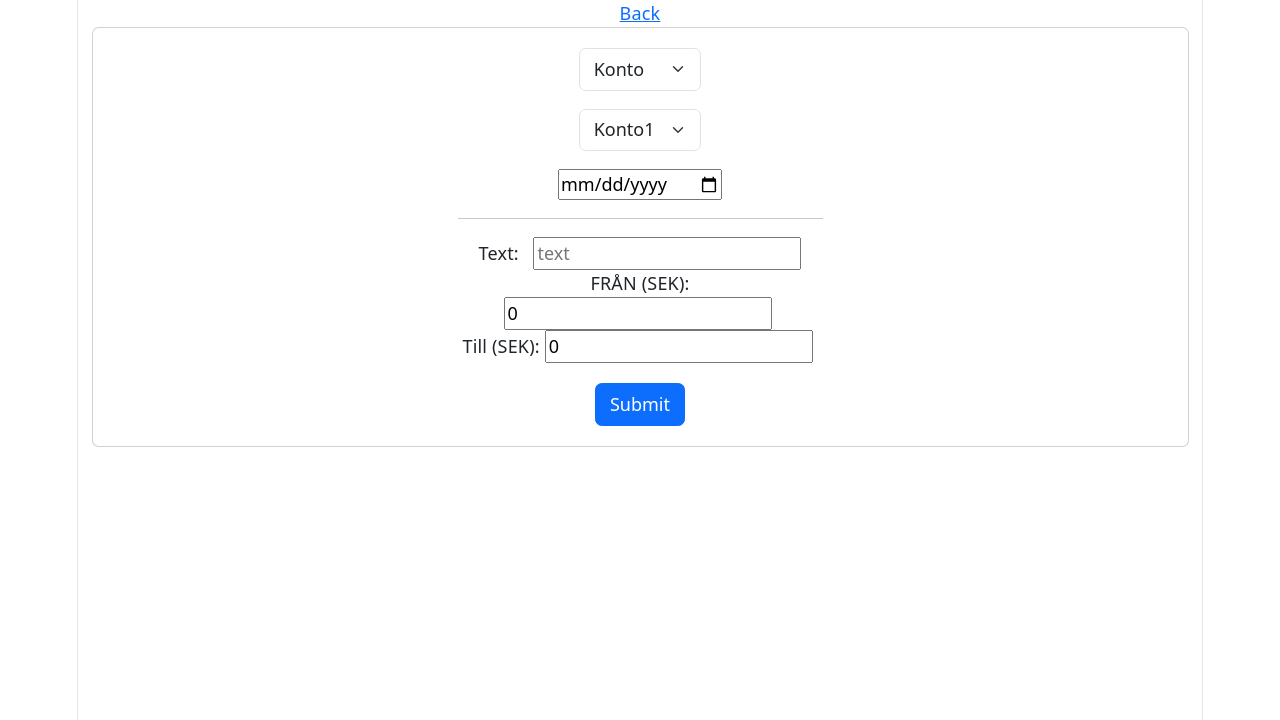
Repository: supply24/kidsaccount
Page: /action
The author's editor kept a copy of each file at every save. The page is drawn from the files as they stood at one save, then again after the next save.
The browser window is 1280 px wide. The pictures show the whole page.
The page's requests for data from a server got no answer. The project was rebuilt for these pictures with package versions that can differ from the ones it lists, and the page was loaded fresh each time. No one was signed in, and anything a server would have sent is missing. Also part of the build but not shown: vite.config.js, src/App.css, src/App.jsx, src/Homing.jsx, src/Emilia.jsx, src/Alexander.jsx.

Above is the page before, as saved 2026-08-01 12:54:10.

After the next save:
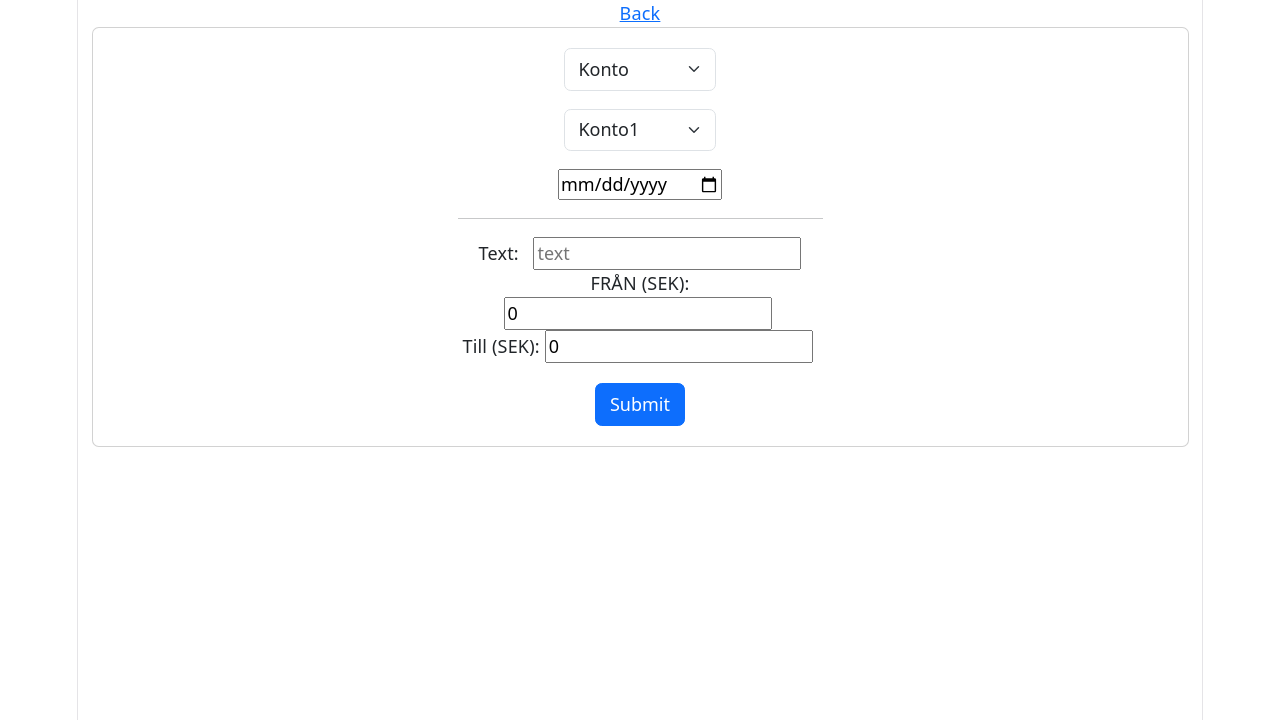
Saved 14 s later.
--- a/src/Actions.jsx
+++ b/src/Actions.jsx
@@ -86,7 +86,7 @@ const [konto1, setKonto1]=useState("")
             <Form onSubmit={handleSubmit}>
               <Col md={4} className="mx-auto" style={{marginTop:"20px"}}>
 
-<Col align="center" md={4} className="mx-auto" style={{marginTop:"20px"}}>
+<Col align="center" md={5} className="mx-auto" style={{marginTop:"20px"}}>
 <Form.Group className="mb-3" controlId="formBasicEmail">
   <Form.Select type ="dropdown" onChange={(e)=>setKontox(e.target.value)}>
     <option value={kontox}>Konto</option>
